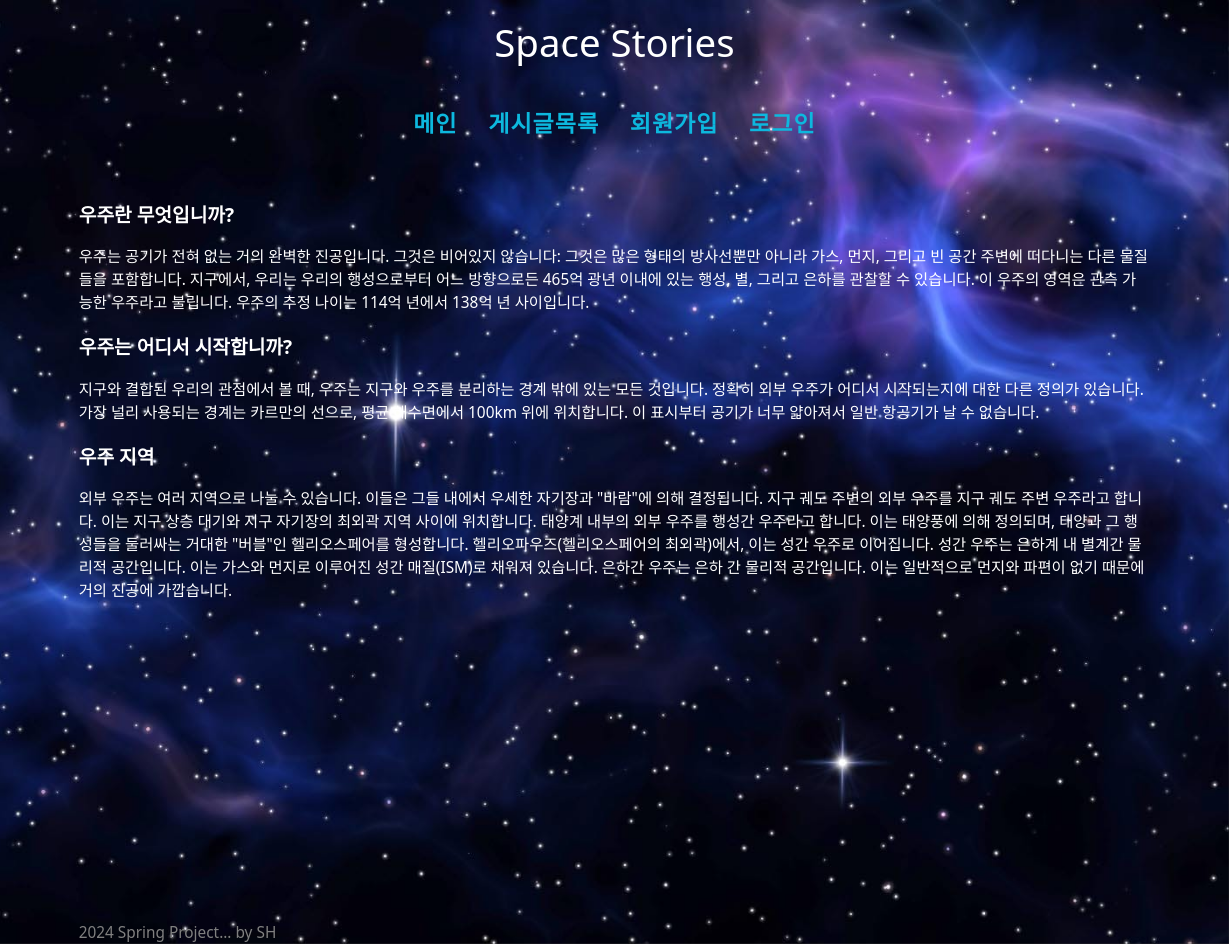
Repository: dtkd19/spring_personal_project
Page: http://localhost/myproject/WEB-INF/views/home.jsp
The author's editor kept a copy of each file at every save. The page is drawn from the files as they stood at one save, then again after the next save.
The browser window is 1280 px wide. The pictures show the whole page, at 96% of full size.
The page is served by Tomcat 9. Nobody is signed in. Other server files are loaded and not shown. The template is opened directly, without the code that normally fills it, so the values that code supplies are empty.

Above is the page before, as saved 2024-11-08 08:23:50.

### myproject/src/main/webapp/WEB-INF/views/home.jsp
<%@ page language="java" contentType="text/html; charset=UTF-8"
    pageEncoding="UTF-8"%>
<%@ taglib uri="http://java.sun.com/jsp/jstl/core" prefix="c" %>
<%@ taglib uri="http://www.springframework.org/security/tags" prefix="sec" %>
<%@ page session="false" %>
<link href="../resources/css/main.css" rel="stylesheet"/>

<jsp:include page="layout/header.jsp"/>

<div class="container-md mainC">


<div class="cont">


</div>


<sec:authorize access="isAuthenticated()">
<sec:authentication property="principal.uvo.nickName" var="authNick"/>
<div class="startMsg">
<h1> ${authNick }님 어서오세요~ </h1>
<span>우주에 관하여 자유롭게 의견을 공유해봐요!!</span>
</div>
</sec:authorize>

<div class="mainMsg">
<p> 우주란 무엇입니까? </p>
<span>
우주는 공기가 전혀 없는 거의 완벽한 진공입니다. 그것은 비어있지 않습니다: 그것은 많은 형태의 방사선뿐만 아니라 가스, 먼지, 그리고 빈 공간 주변에 떠다니는 다른 물질들을 포함합니다.
지구에서, 우리는 우리의 행성으로부터 어느 방향으로든 465억 광년 이내에 있는 행성, 별, 그리고 은하를 관찰할 수 있습니다. 이 우주의 영역은 관측 가능한 우주라고 불립니다. 우주의 추정 나이는 114억 년에서 138억 년 사이입니다.
</span>
<p> 우주는 어디서 시작합니까? </p>
<span>
지구와 결합된 우리의 관점에서 볼 때, 우주는 지구와 우주를 분리하는 경계 밖에 있는 모든 것입니다.
정확히 외부 우주가 어디서 시작되는지에 대한 다른 정의가 있습니다. 가장 널리 사용되는 경계는 카르만의 선으로, 평균 해수면에서 100km 위에 위치합니다. 이 표시부터 공기가 너무 얇아져서 일반 항공기가 날 수 없습니다.
</span>
<p> 우주 지역 </p>
<span>
외부 우주는 여러 지역으로 나눌 수 있습니다. 이들은 그들 내에서 우세한 자기장과 "바람"에 의해 결정됩니다.

지구 궤도 주변의 외부 우주를 지구 궤도 주변 우주라고 합니다. 이는 지구 상층 대기와 지구 자기장의 최외곽 지역 사이에 위치합니다.
태양계 내부의 외부 우주를 행성간 우주라고 합니다. 이는 태양풍에 의해 정의되며, 태양과 그 행성들을 둘러싸는 거대한 "버블"인 헬리오스페어를 형성합니다. 헬리오파우즈(헬리오스페어의 최외곽)에서, 이는 성간 우주로 이어집니다.
성간 우주는 은하계 내 별계간 물리적 공간입니다. 이는 가스와 먼지로 이루어진 성간 매질(ISM)로 채워져 있습니다.
은하간 우주는 은하 간 물리적 공간입니다. 이는 일반적으로 먼지와 파편이 없기 때문에 거의 진공에 가깝습니다.
</span>

</div>


</div>






<script>
	let modify_msg = `<c:out value="${modify_msg}" />`;
	console.log(modify_msg);

	if(modify_msg == 'ok'){
		alert("회원정보가 수정되었습니다. 다시로그인해주세요.");
	}
	if(modify_msg == 'fail'){
		alert("회원정보수정이 실패되었습니다. 다시시도해주세요.");
	}

	let remove_msg = `<c:out value="${remove_msg}" />`;
	console.log(remove_msg);

	if(remove_msg == 'ok'){
		alert("회원 탈퇴가 완료되었습니다. 안녕히가세요.");
	}
	if(remove_msg == 'fail'){
		alert("회원탈퇴가 실패되었습니다. 다시시도해주세요.");
	}
</script>


<jsp:include page="layout/footer.jsp"/>

### myproject/src/main/webapp/resources/css/main.css
@charset "UTF-8";

.mainC{
	height: 700px;
}

.mainMsg{
	margin-top: 50px;
}

.mainMsg p{
	margin-top: 20px;
	font-size: 20px;
	font-weight: bold;
}

### myproject/src/main/webapp/resources/css/header.css
@charset "UTF-8";

body{
	background-image: url("../image/123123123.jpg");
    background-size: cover;
    background-position: center center;
    background-repeat: no-repeat;

.nbar{
	width : 100%;
	color: #ECF0F5;
}

.nbar a{
	  color: #0DB8DE;
	  text-decoration: none;
	  font-weight: bold;
	  letter-spacing: 1px;
	  transition: color 0.3s ease;
	  margin-top: 10px;
}
.nbar a:hover {
    color: #0098C;
}

.container-md{
	margin-top: 30px;
	color: white;
}

.pj{
	padding: 20px;
	color: white;
}

Loaded but not shown: myproject/src/main/webapp/WEB-INF/views/layout/header.jsp (common file); myproject/src/main/webapp/WEB-INF/views/layout/footer.jsp (common file)

After the next save:
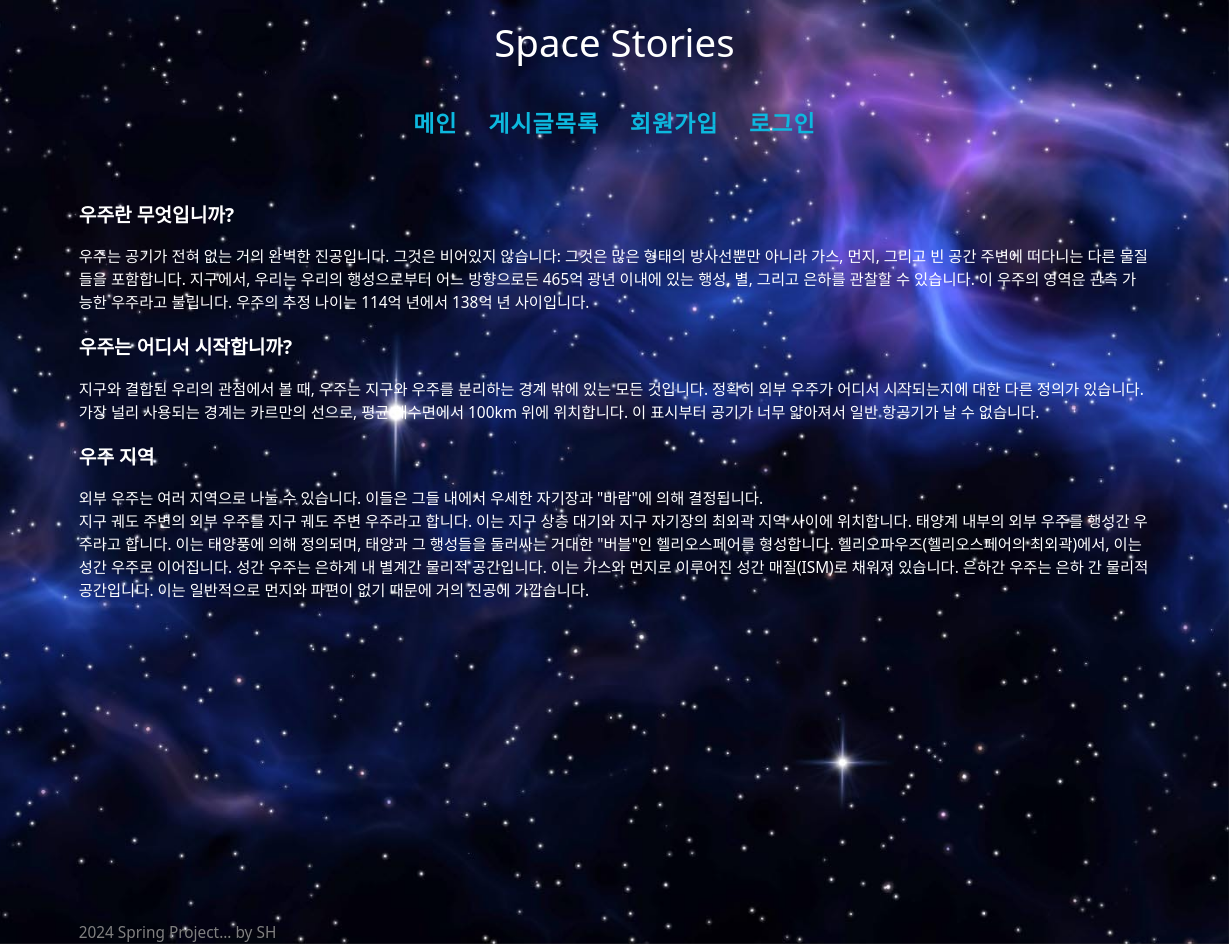
Saved 6 s later.
--- a/myproject/src/main/webapp/WEB-INF/views/home.jsp
+++ b/myproject/src/main/webapp/WEB-INF/views/home.jsp
@@ -37,7 +37,7 @@
 </span>
 <p> 우주 지역 </p>
 <span>
-외부 우주는 여러 지역으로 나눌 수 있습니다. 이들은 그들 내에서 우세한 자기장과 "바람"에 의해 결정됩니다.
+외부 우주는 여러 지역으로 나눌 수 있습니다. 이들은 그들 내에서 우세한 자기장과 "바람"에 의해 결정됩니다. <br>
 
 지구 궤도 주변의 외부 우주를 지구 궤도 주변 우주라고 합니다. 이는 지구 상층 대기와 지구 자기장의 최외곽 지역 사이에 위치합니다.
 태양계 내부의 외부 우주를 행성간 우주라고 합니다. 이는 태양풍에 의해 정의되며, 태양과 그 행성들을 둘러싸는 거대한 "버블"인 헬리오스페어를 형성합니다. 헬리오파우즈(헬리오스페어의 최외곽)에서, 이는 성간 우주로 이어집니다.
